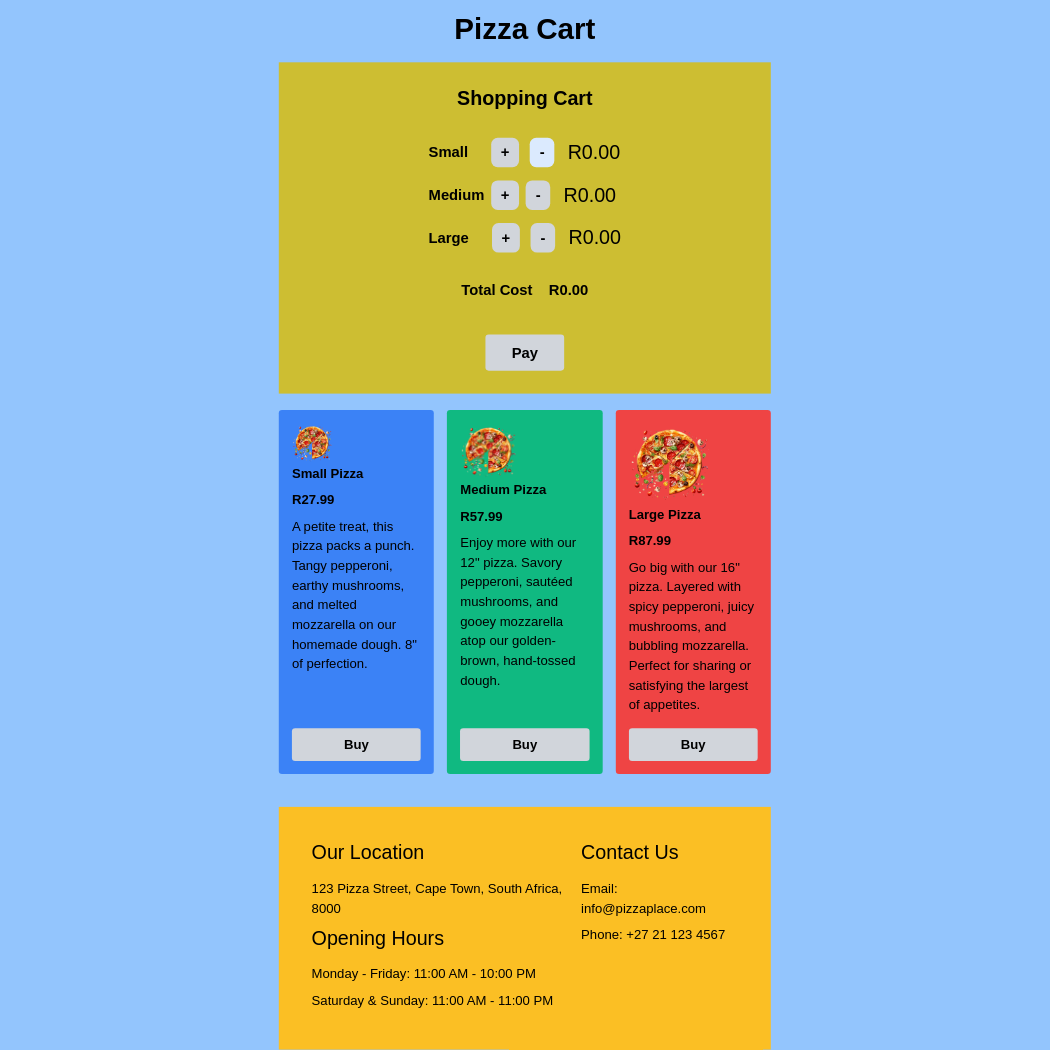
Repository: lasity34/pizza_cart
Page: index.html
These files come from the project's save history. The page is drawn as it stood at one moment and after the next save; the edit follows.
The browser window is 1280 px wide. The pictures show the whole page, at 82% of full size.
Some web fonts or font styles are not loaded; a fallback is used. Some web libraries are served in a nearby version.

Above is the page before, as saved 2023-07-12 13:43:53.

After the next save:
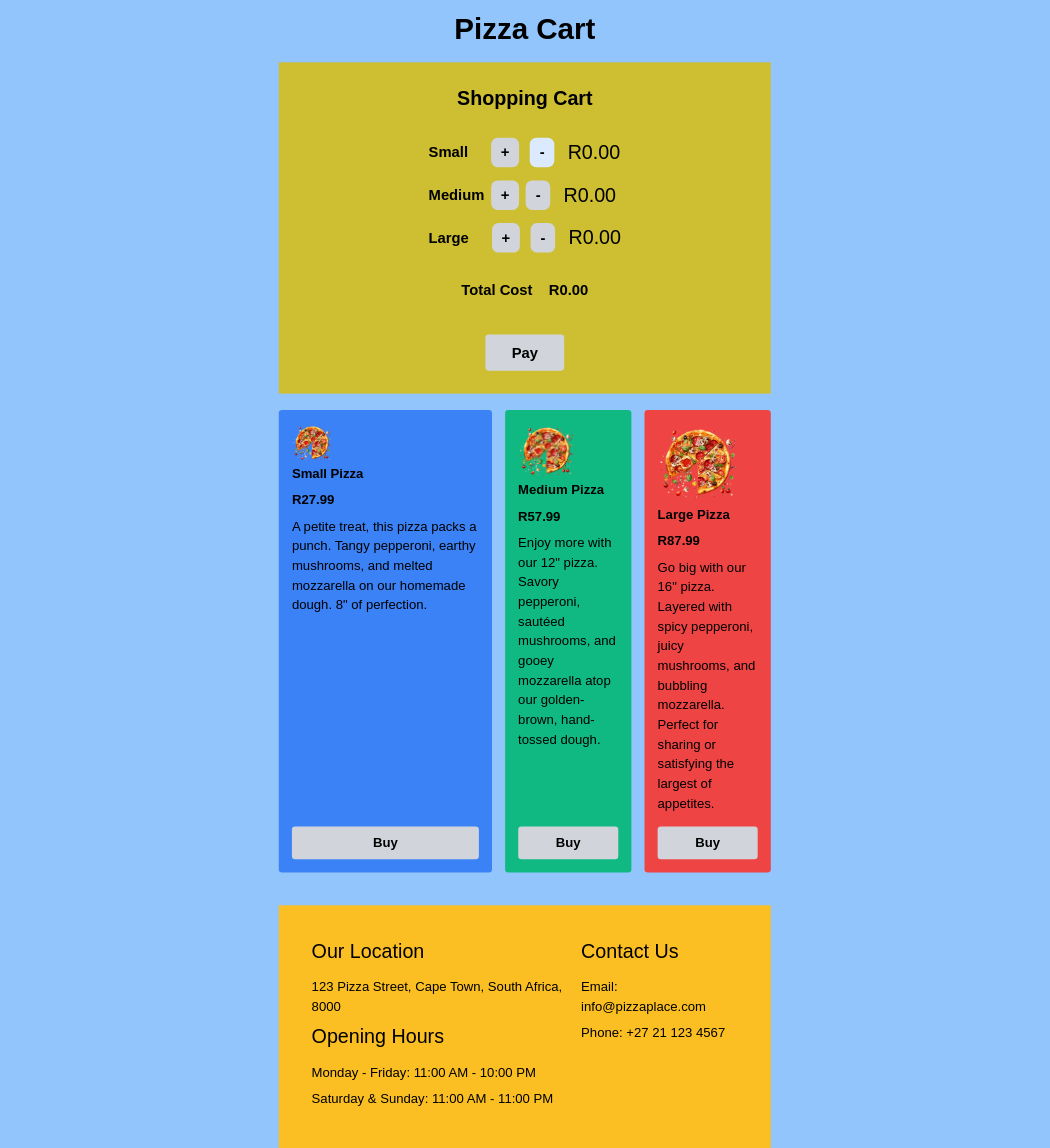
Saved 51 s later.
--- a/index.html
+++ b/index.html
@@ -117,7 +117,7 @@
     <section class="pizza_columns">
       <div class="flex flex-col gap-4  mx-auto md:flex-row"  >
         <div
-          class="pizza_sm bg-blue-500 rounded p-4 w-64 flex flex-col justify-between text-black"
+          class="pizza_sm bg-blue-500 rounded p-4 w-3/4 flex flex-col justify-between text-black"
         >
           <div>
             <img src="./pizza.png" width="50" />
